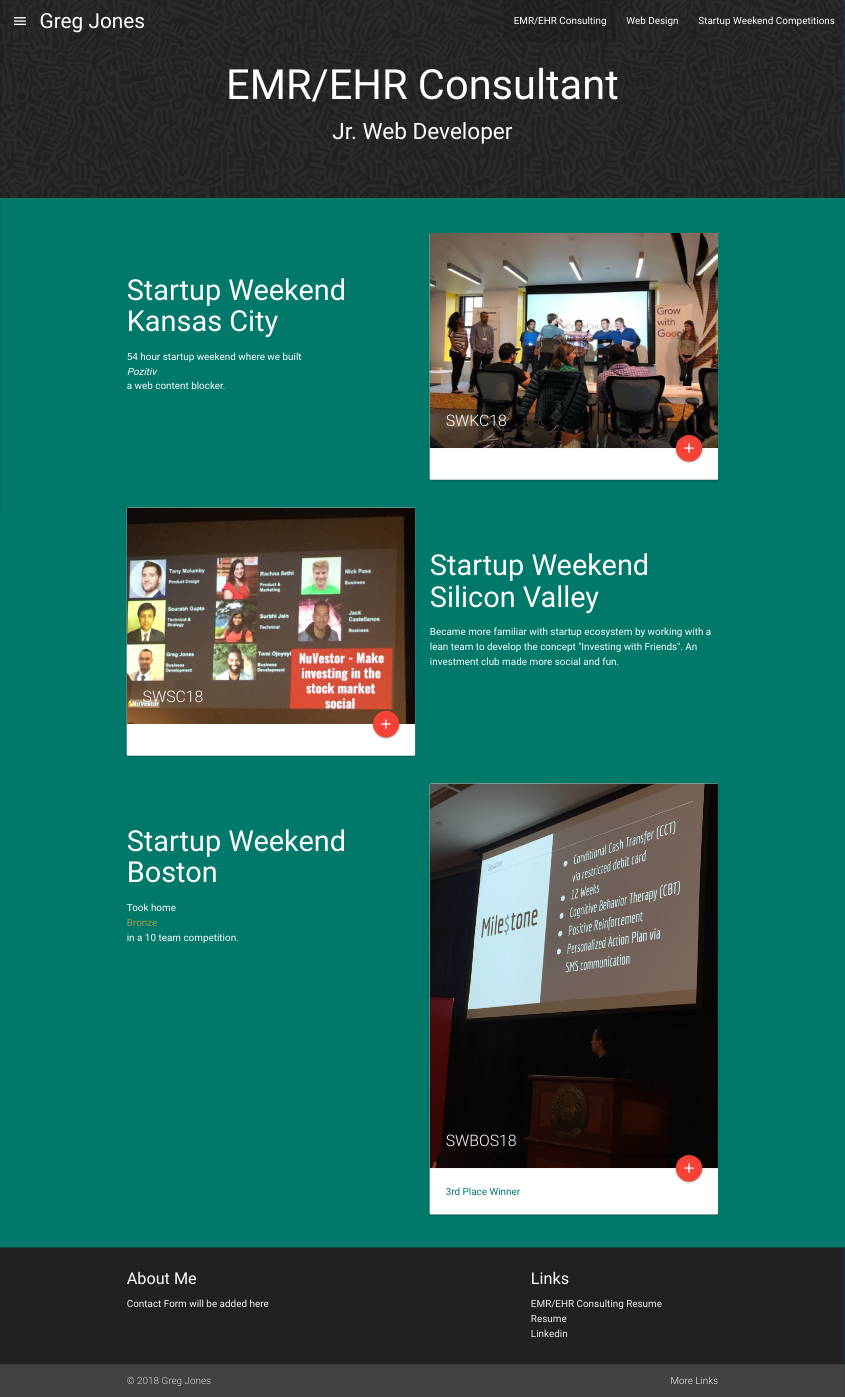
Repository: Greg919617/Existing-Portfolio
Page: sw.html
The author's editor kept a copy of each file at every save. The page is drawn from the files as they stood at one save, then again after the next save.
The browser window is 1280 px wide. The pictures show the whole page, at 66% of full size.
Some web libraries are served in a nearby version.

Above is the page before, as saved 2018-06-26 21:10:44.

After the next save:
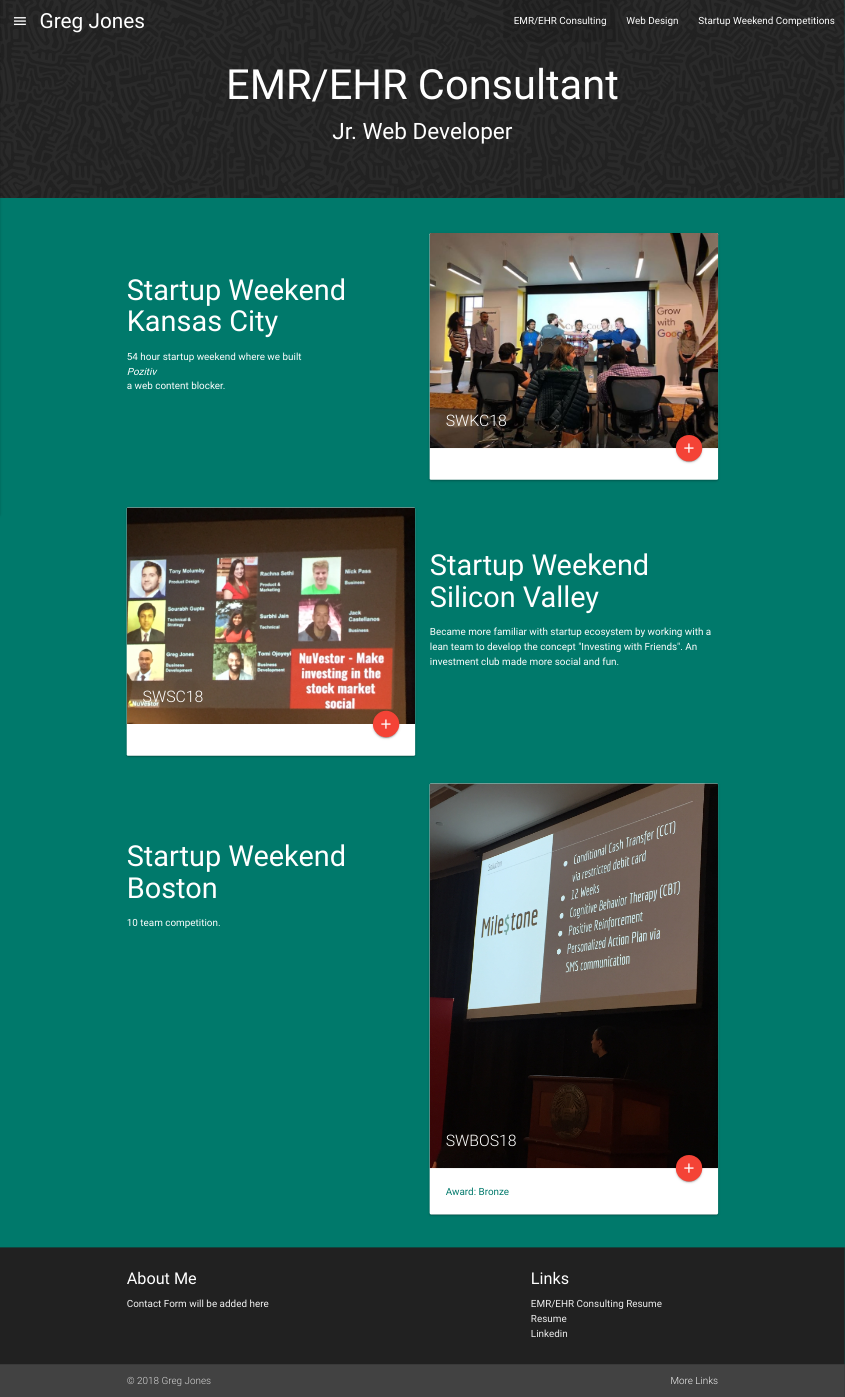
Saved 40 s later.
--- a/sw.html
+++ b/sw.html
@@ -118,7 +118,7 @@
         <div class="col m6 hide-on-small-only">
           <div class="img-content">
             <h3>Startup Weekend Boston</h3>
-            Took home <span  style="color: #a19c4b;"> Bronze </span> in a 10 team competition.
+             10 team competition.
           </div>
         </div>
         <div class="col m6">
@@ -132,7 +132,7 @@
             </div>
             <div class="card-content">
               <p>
-                3rd Place Winner
+                Award: Bronze
               </p>
             </div>
           </div>
